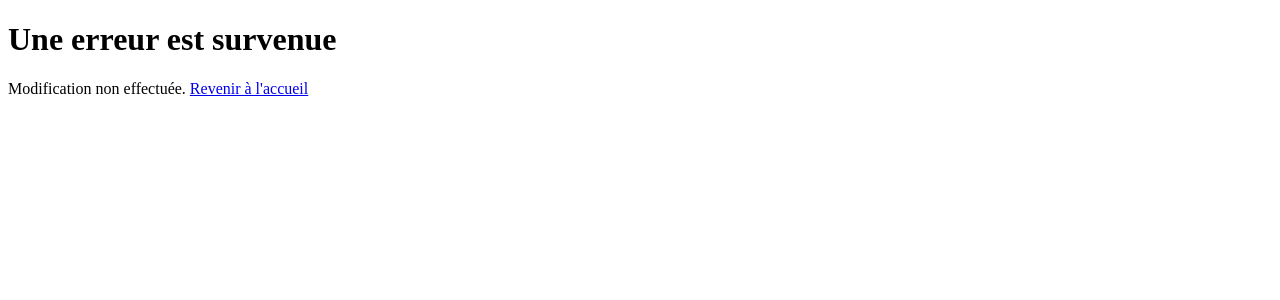
Repository: KAMGO/ProjetJEE2017
Page: http://localhost/donation/ModifierCommentaireServlet
The author's editor kept a copy of each file at every save. The page is drawn from the files as they stood at one save, then again after the next save.
The browser window is 1280 px wide. The pictures show the whole page.
The page is served by Tomcat 9.

Above is the page before, as saved 2018-08-19 08:12:25.

After the next save:
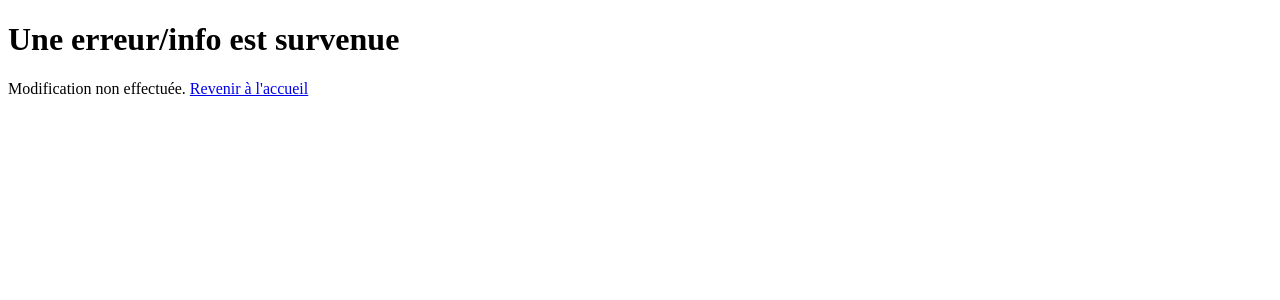
Saved 15 min 13 s later.
--- a/donation/WebContent/VUE/error.jsp
+++ b/donation/WebContent/VUE/error.jsp
@@ -18,7 +18,7 @@
 	<div  id="body-text">
 		<div class="container">
 			<div>
-				<h1>Une erreur est survenue</h1>
+				<h1>Une erreur/info est survenue</h1>
 				<label> <c:out value="${error_message}"/> <c:out value="${info_message}"/> </label>
 				<label><a href="${context}/Accueil">Revenir à l'accueil</a></label>
 			</div>
